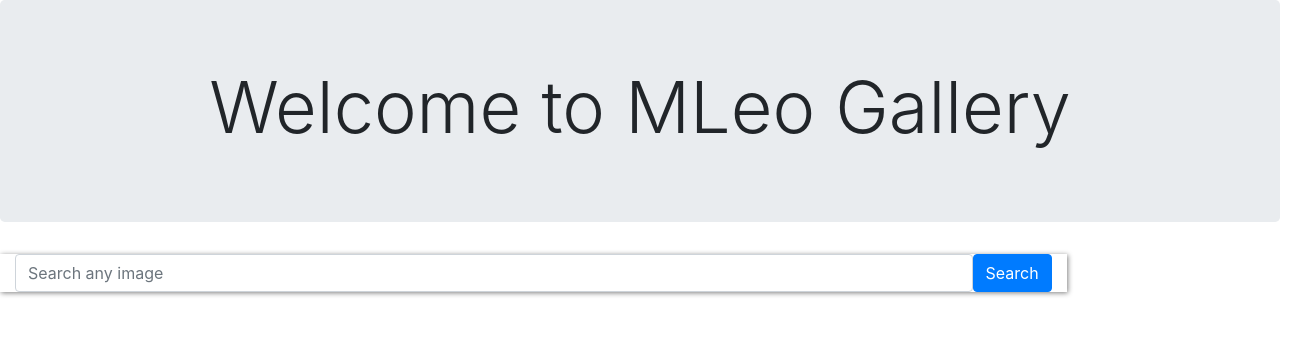
Repository: the-manohar/gallery
Page: /
The author's editor kept a copy of each file at every save. The page is drawn from the files as they stood at one save, then again after the next save.
The browser window is 1280 px wide. The page is 1295 px wide, so the pictures cover 1295 px, including what lies to the right of the window. The pictures show the whole page.
The project was rebuilt for these pictures with package versions that can differ from the ones it lists, and the page was loaded fresh each time.

Above is the page before, as saved 2020-06-18 23:43:59.

### src/index.js
import React from "react";
import ReactDOM from "react-dom";
import "./index.css";
import "bootstrap/dist/css/bootstrap.css";
import App from "./App";
import * as serviceWorker from "./serviceWorker";

ReactDOM.render(
  <React.StrictMode>
    <App />
  </React.StrictMode>,
  document.getElementById("root")
);

// If you want your app to work offline and load faster, you can change
// unregister() to register() below. Note this comes with some pitfalls.
// Learn more about service workers: https://bit.ly/CRA-PWA
serviceWorker.unregister();

### src/App.js
import React, { useState } from "react";
import { Button, InputGroup, Input, Jumbotron, Spinner } from "reactstrap";

import "./App.css";

function App() {
  const [value, setValue] = useState("");
  const [result, setResult] = useState([]);
  const fetchImages = () => {
    fetch(
      `https://api.unsplash.com/search/photos/?client_id=V38aA4zOjg1Xb1lBpNRUAK8duXvqwhDHHJbssXB_Pps&query=${value}&orientation=squarish&per_page=18`
    )
      .then((res) => res.json())
      .then((data) => {
        setResult(data.results);
      });
  };
  return (
    <div className="row">
      <div className="App col-sm-5 col-md-12 col-xs-8">
        <Jumbotron>
          <h1 className="display-3">Welcome to MLeo Gallery</h1>
        </Jumbotron>
        <div className="mydiv col-sm-4 col-md-10 col-xs-4">
          <InputGroup>
            <Input
              placeholder="Search any image"
              value={value}
              onChange={(event) => setValue(event.target.value)}
            />
          </InputGroup>
          <Button color="primary" onClick={() => fetchImages()}>
            Search
          </Button>
        </div>

        {
          result.length > 0 ? (
            <div className="col-sm-12">
              {result.map((item) => {
                return (
                  <img
                    className=" img-thumbnail"
                    key={item.id}
                    src={item.urls.small}
                    alt={item.urls.small}
                  />
                );
              })}
            </div>
          ) : null
          // <Spinner style={{ width: "3rem", height: "3rem" }} />
        }
      </div>
    </div>
  );
}

export default App;

//

### src/App.css
.App {
  text-align: center;
}
.mydiv {
  display: flex;

  box-shadow: 1px 1px 5px grey;
}

.gallery {
  display: flex;
  flex-wrap: wrap;
  justify-content: space-around;
}
.item {
  width: 30%;
  margin: 5px;
}

Loaded but not shown: public/index.html (common file); src/index.css (common file); src/serviceWorker.js (common file)

After the next save:
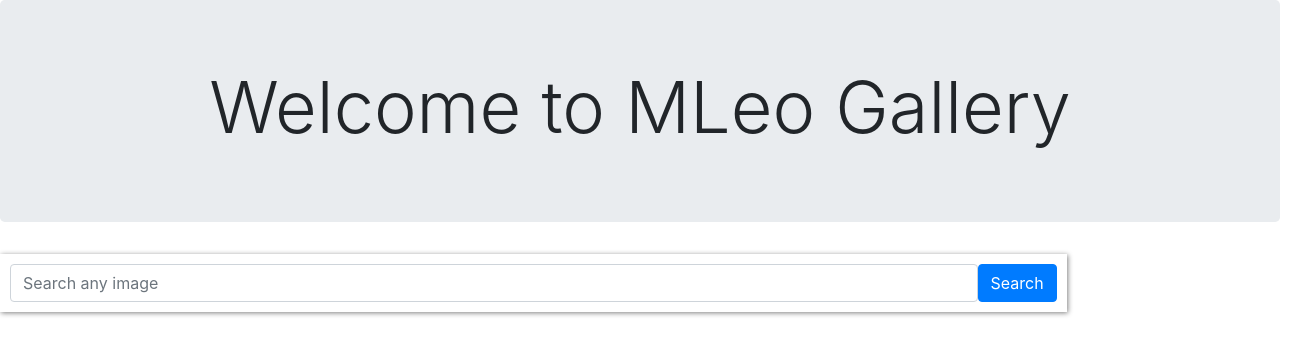
Saved 12 s later.
--- a/src/App.css
+++ b/src/App.css
@@ -3,8 +3,10 @@
 }
 .mydiv {
   display: flex;
-
+  /* justify-content: space-around;
+  margin: 10px 7%; */
   box-shadow: 1px 1px 5px grey;
+  padding: 10px;
 }
 
 .gallery {
